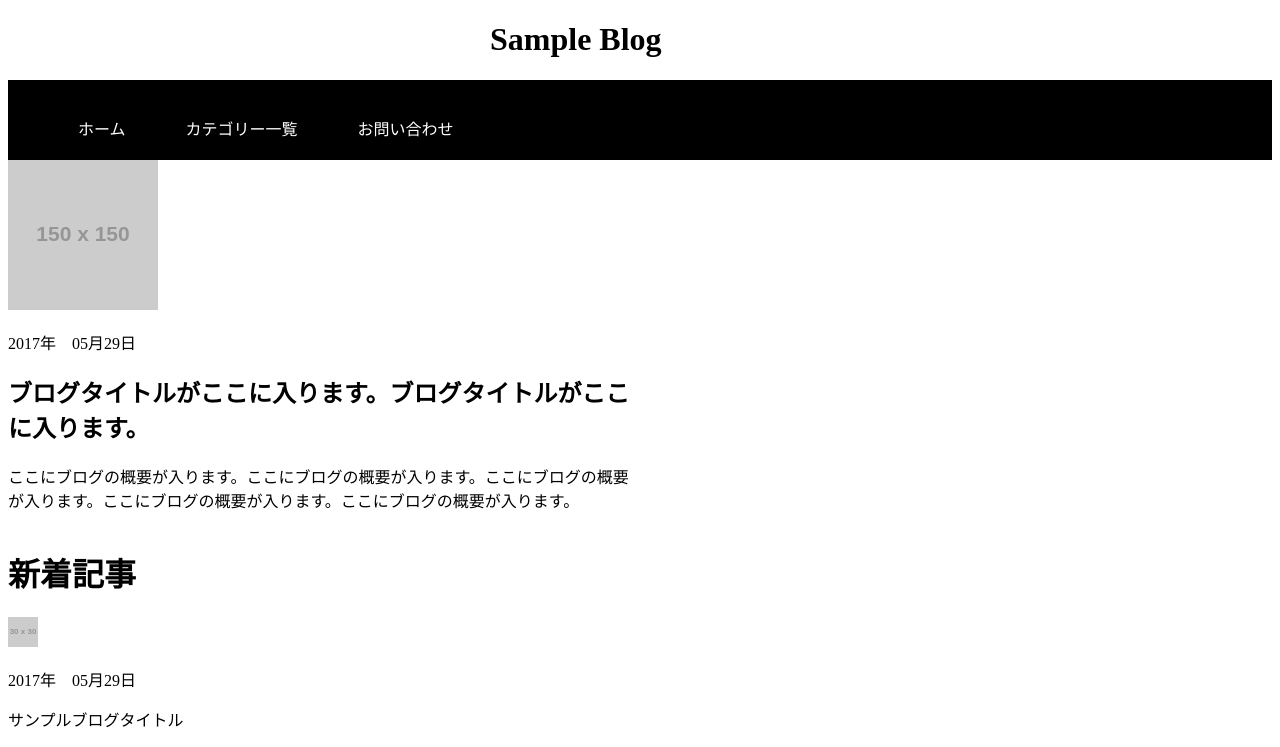
Repository: taka292/code3
Page: html/batty_coffee_stand/index.html
The author's editor kept a record of every edit. The page is drawn from the files as they stood at one moment, then again after the next edit.
The browser window is 1280 px wide. The pictures show the whole page.

Above is the page before.
Not found: html/batty_coffee_stand/css/normalize.css

### html/batty_coffee_stand/index.html
<!DOCTYPE HTML>
<html>
    <head>
        <meta charset="UTF-8">
         <title>Sample Blog</title>
        <link rel="stylesheet" href="css/normalize.css"/>
        <link rel="stylesheet" href="css/style.css"/>
    </head>
    <body>
   <header>
     <div class="title">
         <h1>Sample Blog</h1>
     </div>
     <div class="info">
         <ul>
             <li>ホーム</li>
             <li>カテゴリー一覧</li>
             <li>お問い合わせ</li>
         </ul>
     </div>
   </header>

   <main>

       <div class="left-contents">
         <div class ="large-contents">
               <div class="sample">
           <div class="contents">
               <!--<div class ="img-contents">-->
                   <img  src="https://placehold.jp/150x150.png">
               <!--</div>-->
           </div>

               </div>
           <div class="contents">
               <div class="data-contents">

                   <p>2017年　05月29日</p>
                </div>
               <h2>ブログタイトルがここに入ります。ブログタイトルがここに入ります。</h2>
               <div class="blog">
                   <p>ここにブログの概要が入ります。ここにブログの概要が入ります。ここにブログの概要が入ります。ここにブログの概要が入ります。ここにブログの概要が入ります。</p>
               </div>
            </div>
         </div>
       </div>
       <div class = "right-contents">
         <div class ="large-contents">

           <div class = "article">
               <h1>新着記事</h1>
               <div ="right-L contents">
                   <img src = "https://placehold.jp/30x30.png">
                 </div>
               <div = "right-R contents">
                   <p>2017年　05月29日</p>
                   <p>サンプルブログタイトル</p>
               </div>
           </div>
         </div>
        </div>
   </main>
   <footer>

   </footer>
    </body>
</html>

### html/batty_coffee_stand/css/style.css
.title {
  margin-left:auto;
  margin-right:auto;
  width:300px;
}
.info li{
  list-style-type:none;
  float:left;
  padding:0 30px;
  text-align:center;
}
.info {
  background-color:black;
  color:white;
  padding:20px 0;
  width: 100%;
}

.info:after{
  clear:both;
  display:block;
  content:" ";
}
.contents {
  float:left;
}

.left-contents:after{
  clear:both;
  display:block;
  content:" ";
}

.large-contents{
  float:left;
}

.left-contents{
  width :50%;
}
.right-contents{
  width :50%;
}
main {
  width:100%;
}

After the next edit:
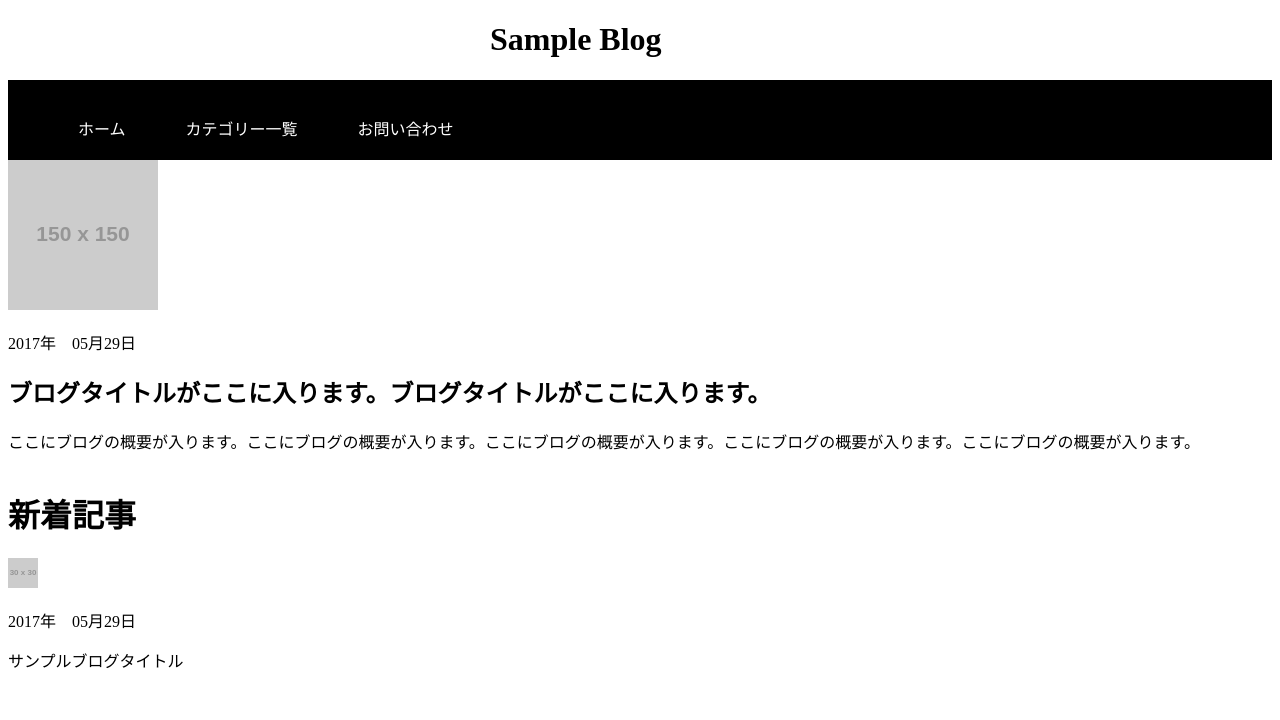
The edit:
--- a/html/batty_coffee_stand/css/style.css
+++ b/html/batty_coffee_stand/css/style.css
@@ -31,16 +31,20 @@
   content:" ";
 }
 
-.large-contents{
-  float:left;
-}
+/*.img-contents{*/
+/*  width :150px;*/
+/*}*/
 
-.left-contents{
-  width :50%;
-}
-.right-contents{
-  width :50%;
-}
-main {
-  width:100%;
-}
+/*.large-contents{*/
+/*  float:left;*/
+/*}*/
+
+/*.left-contents{*/
+/*  width :50%;*/
+/*}*/
+/*.right-contents{*/
+/*  width :50%;*/
+/*}*/
+/*main {*/
+/*  width:100%;*/
+/*}*/
